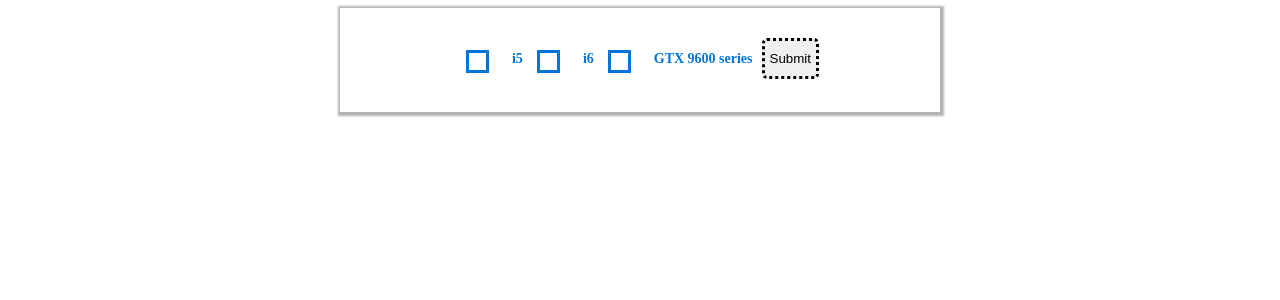
Repository: maxigarrett/2doAnio2doCuatrimestre
Page: http://localhost/primeraWeb1/ManejoSesiones/adicionales.jsp
An editor plug-in stored every save of this project. The page is shown before and after the next save, followed by the edit.
The browser window is 1280 px wide. The pictures show the whole page.
The page is served by Tomcat 9.

Above is the page before, as saved 2020-11-09 13:17:12.

After the next save:
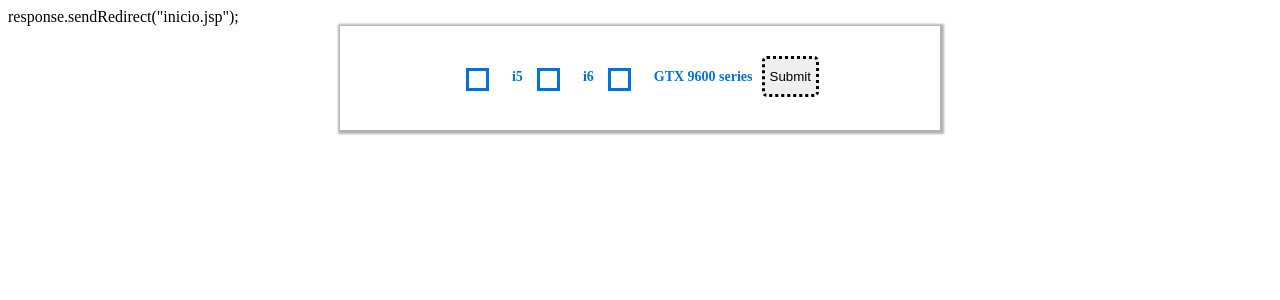
Saved 52 s later.
--- a/tec java eclipse/primeraWeb1/WebContent/ManejoSesiones/adicionales.jsp
+++ b/tec java eclipse/primeraWeb1/WebContent/ManejoSesiones/adicionales.jsp
@@ -8,6 +8,7 @@
 <link rel="stylesheet" href="styles.css">
 </head>
 <body>
+	<%@ include file="sup.jsp" %>
 	<div class="form-inicio">
 		<form class="form-datos"  action="cargaDatos.jsp" method="post">
 
